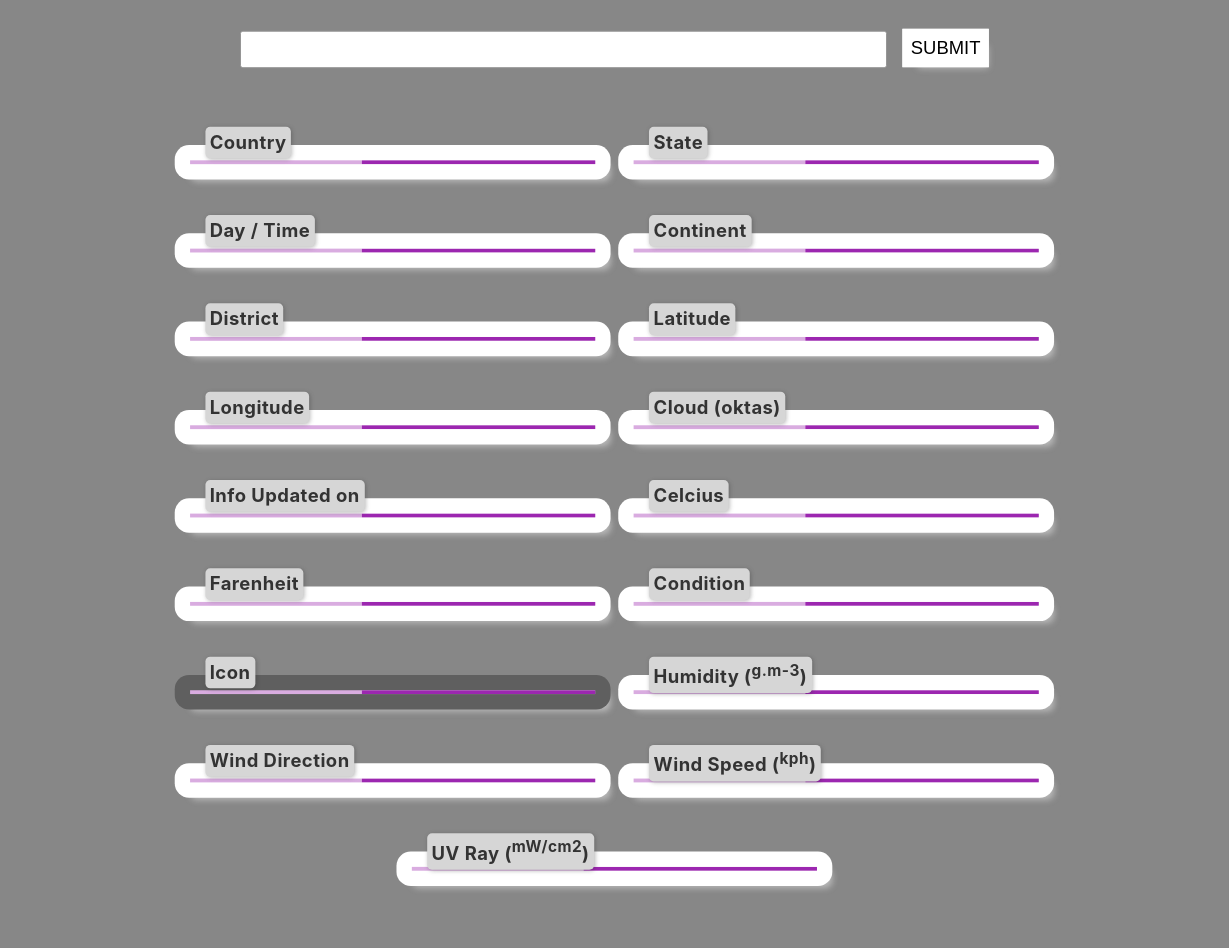
Repository: Imprasna/practising-API
Page: /
An editor plug-in stored every save of this project. The page is shown before and after a run of saves, followed by the edit.
The browser window is 1280 px wide. The pictures show the whole page, at 96% of full size.
The pointer rests on the first visible `.button`.
The project was rebuilt for these pictures with package versions that can differ from the ones it lists, and the page was loaded fresh each time. Also part of the build but not shown: src/component/Country.js, src/component/Region.js, src/component/Time.js, src/component/Continent.js, src/component/District.js, src/component/Cloud.js, src/component/UpdatedWeather.js, src/component/Celcius.js and 9 more.

Above is the page before, as saved 2021-11-12 00:20:23.

After the next 3 saves:
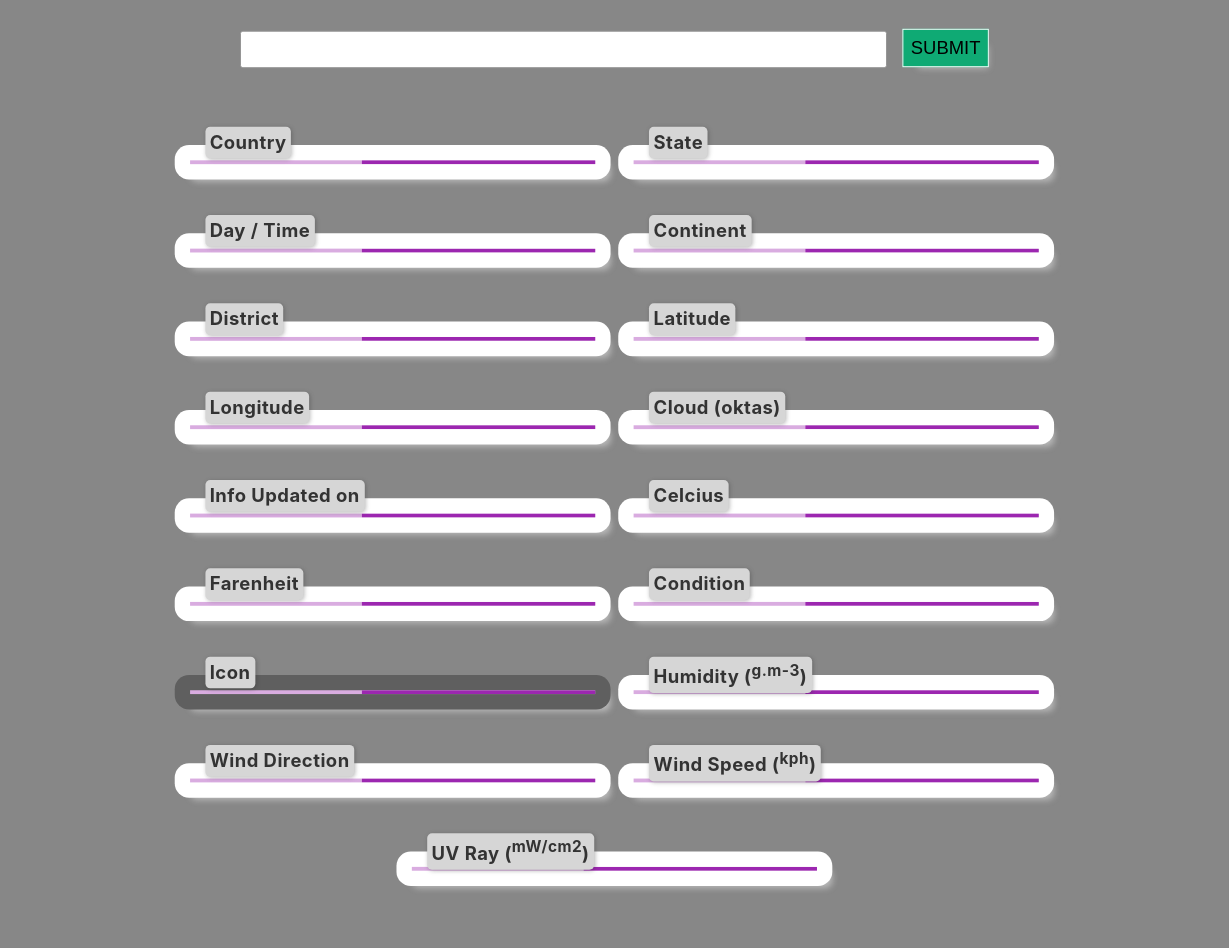
The 3 saves are shown as one change because they came seconds apart.
The last was saved 15 s later.
--- a/src/component/style.css
+++ b/src/component/style.css
@@ -41,7 +41,7 @@ body {
 }
 
 .button:hover {
-    background-color: #fff;
+    background-color: #0faa74;
 }
 
 .Country {
